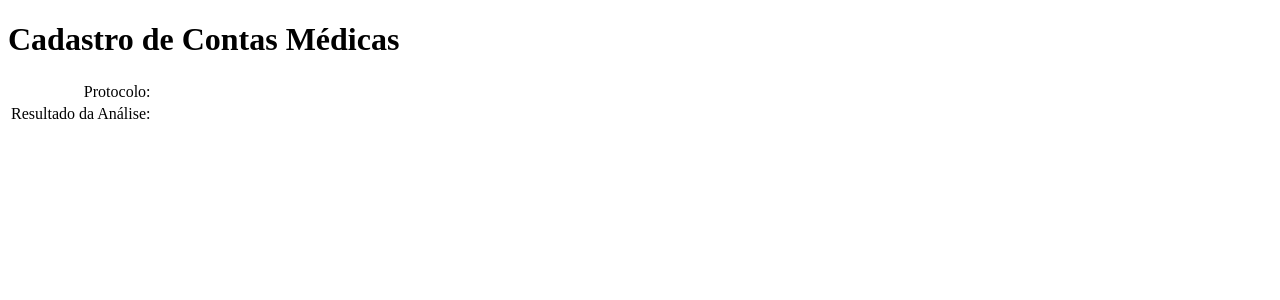
Repository: nandolupe/fiap-pos
Page: http://localhost/contamedica/resultadoAnalise.jsp
An editor plug-in stored every save of this project. The page is shown before and after the next save, followed by the edit.
The browser window is 1280 px wide. The pictures show the whole page.
The page is served by Tomcat 9.

Above is the page before, as saved 2014-09-04 03:36:14.

After the next save:
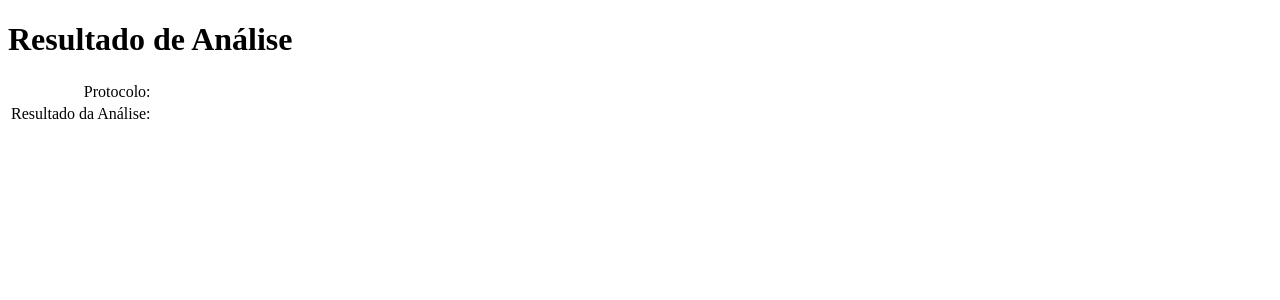
Saved 9 s later.
--- a/workspace-integracao/contamedica/WebContent/resultadoAnalise.jsp
+++ b/workspace-integracao/contamedica/WebContent/resultadoAnalise.jsp
@@ -8,7 +8,7 @@
 </head>
 <body>
 <form action="ContaMedica" >
-<h1>Cadastro de Contas Médicas</h1>
+<h1>Resultado de Análise</h1>
 <table>
 	<tr>
 		<td align="right">Protocolo:</td>
